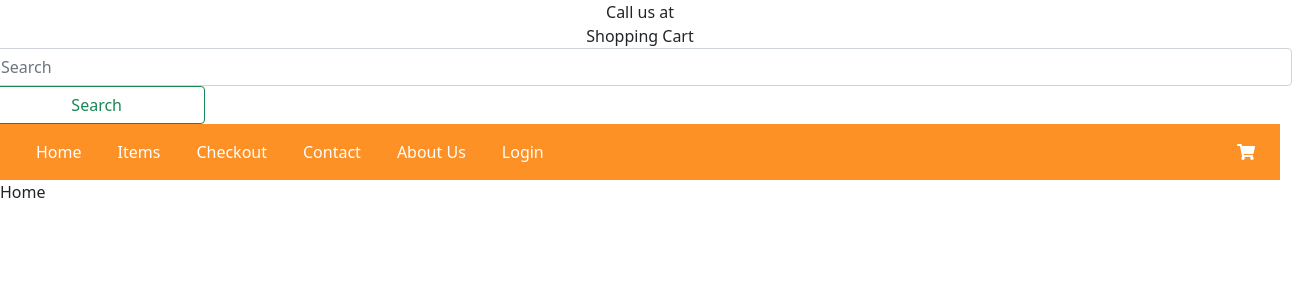
Repository: SaudCh/React-Ecommerce
Page: /
The author's editor kept a copy of each file at every save. The page is drawn from the files as they stood at one save, then again after the next save.
The browser window is 1280 px wide. The page is 1292 px wide, so the pictures cover 1292 px, including what lies to the right of the window. The pictures show the whole page.
The project was rebuilt for these pictures with package versions that can differ from the ones it lists, and the page was loaded fresh each time. Also part of the build but not shown: src/App.css.

Above is the page before, as saved 2021-12-05 12:35:50.

### src/App.js
import "./App.css";
import Header from "./Header/Header";
import "../node_modules/bootstrap/dist/css/bootstrap.min.css";
import "../node_modules/bootstrap/dist/js/bootstrap.bundle.min";
import { BrowserRouter, Switch, Route } from "react-router-dom";

function App() {
  return (
    <BrowserRouter>
      <Header />
      <Switch>
        <Route path="/" exact>
          <div>Home</div>
        </Route>
      </Switch>
    </BrowserRouter>
  );
}

export default App;

### src/Header/Header.jsx
import { faShoppingCart } from "@fortawesome/free-solid-svg-icons";
import { FontAwesomeIcon } from "@fortawesome/react-fontawesome";
import React from "react";
import { Link } from "react-router-dom";
import "./Header.css";

export default function Header() {
  return (
    <div>
      <nav className="cotainer-fluid">
        <div className="row">
          <div className="col-12 text-center">
            <p className="m-0 p-0">Call us at </p>
          </div>
          <div className="col-12 text-center">
            <p className="m-0">Shopping Cart</p>
          </div>
          <div className="col-12 text-center">
            <form class="row my-2 my-lg-0">
              <input
                class="form-control col-5 mr-sm-2"
                type="search"
                placeholder="Search"
                aria-label="Search"
              />
              <button
                class="btn col-2 btn-outline-success my-2 my-sm-0"
                type="submit"
              >
                Search
              </button>
            </form>
          </div>
        </div>
      </nav>
      <nav
        class="navbar navbar-expand-md navbar-dark"
        style={{ backgroundColor: "#fe9126" }}
      >
        <div class="container-fluid">
          <Link class="navbar-brand" href="#"></Link>

          <button
            class="navbar-toggler"
            type="button"
            data-bs-toggle="collapse"
            data-bs-target="#navbarSupportedContent"
            aria-controls="navbarSupportedContent"
            aria-expanded="false"
            aria-label="Toggle navigation"
          >
            <span class="navbar-toggler-icon"></span>
          </button>
          <div class="collapse navbar-collapse" id="navbarSupportedContent">
            <ul class="navbar-nav me-auto mb-2 mb-lg-0 nav-ul">
              <li class="nav-item">
                <Link class="nav-link  text-white" aria-current="page" to="#">
                  Home
                </Link>
              </li>
              <li class="nav-item">
                <Link class="nav-link  text-white" to="#">
                  Items
                </Link>
              </li>

              <li class="nav-item">
                <Link
                  class="nav-link text-white"
                  to="#"
                  tabindex="-1"
                  aria-disabled="true"
                >
                  Checkout
                </Link>
              </li>
              <li class="nav-item">
                <Link
                  class="nav-link text-white"
                  to="#"
                  tabindex="-1"
                  aria-disabled="true"
                >
                  Contact
                </Link>
              </li>
              <li class="nav-item">
                <Link
                  class="nav-link text-white"
                  to="#"
                  tabindex="-1"
                  aria-disabled="true"
                >
                  About Us
                </Link>
              </li>
              <li class="nav-item">
                <Link
                  class="nav-link text-white"
                  to="#"
                  tabindex="-1"
                  aria-disabled="true"
                >
                  Login
                </Link>
              </li>
            </ul>
            <button className="btn text-white">
              <FontAwesomeIcon icon={faShoppingCart} />
            </button>
          </div>
        </div>
      </nav>
    </div>
  );
}

### src/Header/Header.css
.nav-ul li {
  margin-right: 20px;
}

Loaded but not shown: public/index.html (common file); src/index.js (common file); src/reportWebVitals.js (common file)

After the next save:
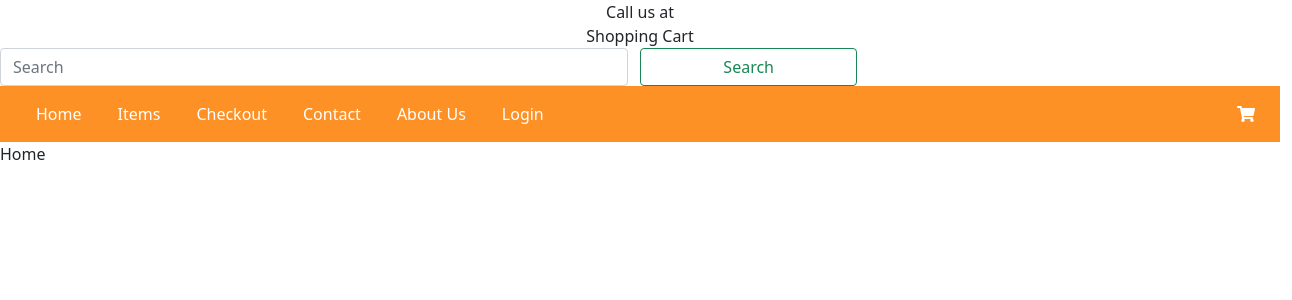
Saved 31 s later.
--- a/src/Header/Header.jsx
+++ b/src/Header/Header.jsx
@@ -17,12 +17,14 @@ export default function Header() {
           </div>
           <div className="col-12 text-center">
             <form class="row my-2 my-lg-0">
-              <input
-                class="form-control col-5 mr-sm-2"
-                type="search"
-                placeholder="Search"
-                aria-label="Search"
-              />
+              <div className="col-6">
+                <input
+                  class="form-control mr-sm-2"
+                  type="search"
+                  placeholder="Search"
+                  aria-label="Search"
+                />
+              </div>
               <button
                 class="btn col-2 btn-outline-success my-2 my-sm-0"
                 type="submit"
